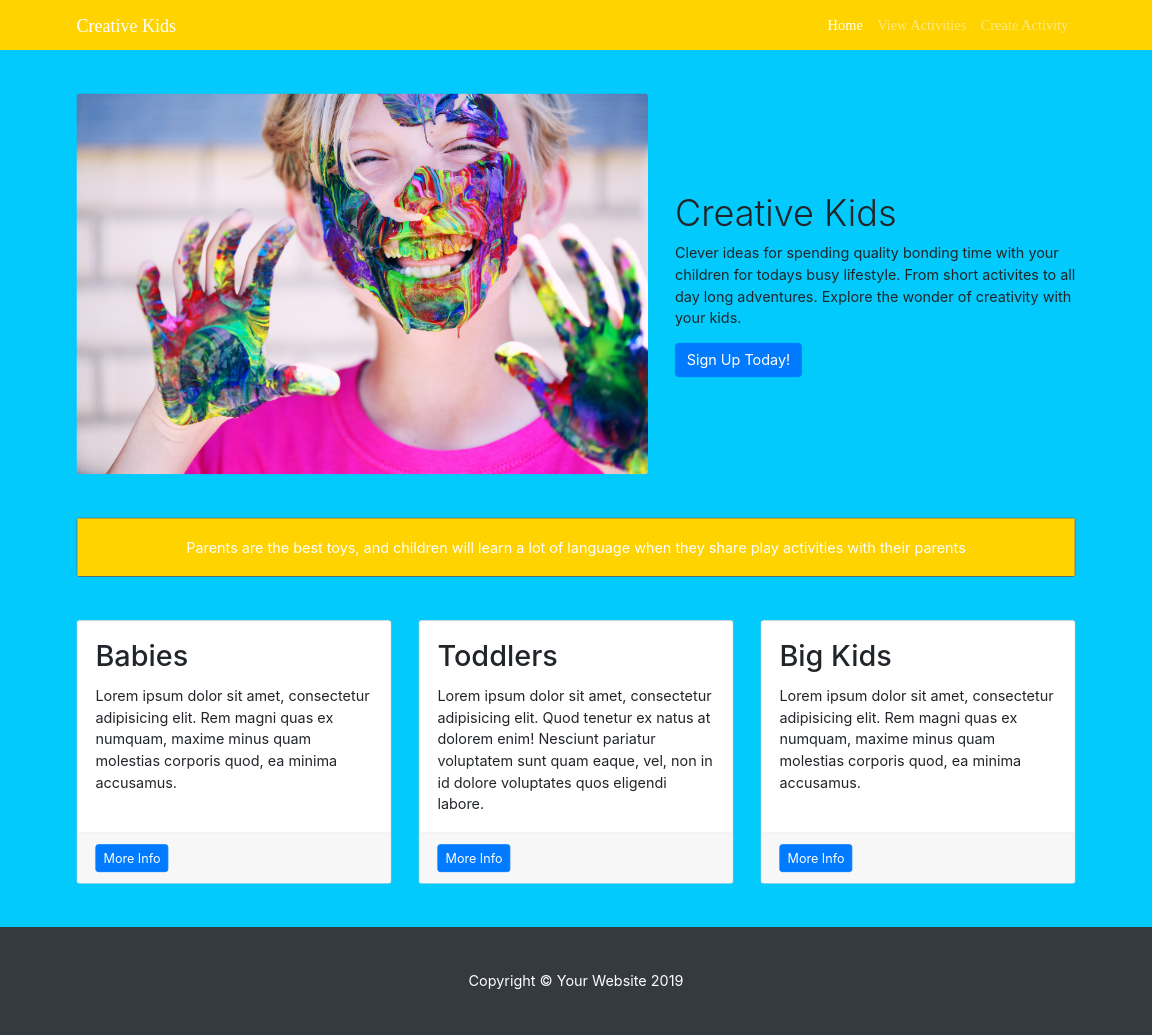
Repository: Neilfoster/milestone_project_3
Page: http://localhost/
The author's editor kept a record of every edit. The page is drawn from the files as they stood at one moment, then again after the next edit.
The browser window is 1280 px wide. The pictures show the whole page, at 90% of full size.
Some web fonts or font styles are not loaded; a fallback is used. Some web libraries are served in a nearby version. The page is served by the project's application, run on Flask 3 (app.py). Queries for data that is not in the repository find no rows.

Above is the page before.

After the next edit:
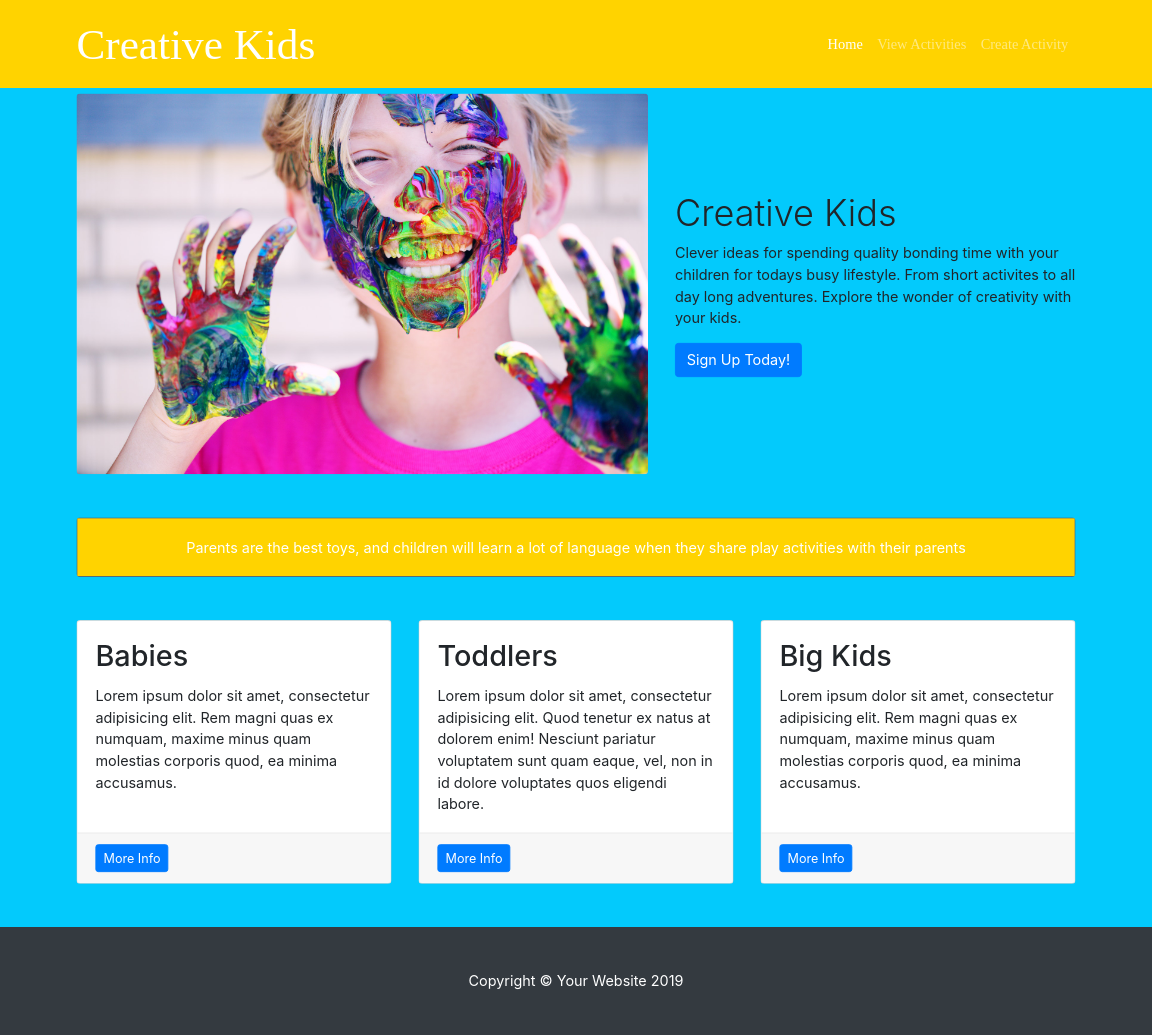
The edit:
--- a/static/css/style.css
+++ b/static/css/style.css
@@ -39,3 +39,7 @@ body {
 .cstm_jumb_home{
     background-color: #ffd300;
 }
+
+.nav_txt{
+    font-size:3rem;
+}
